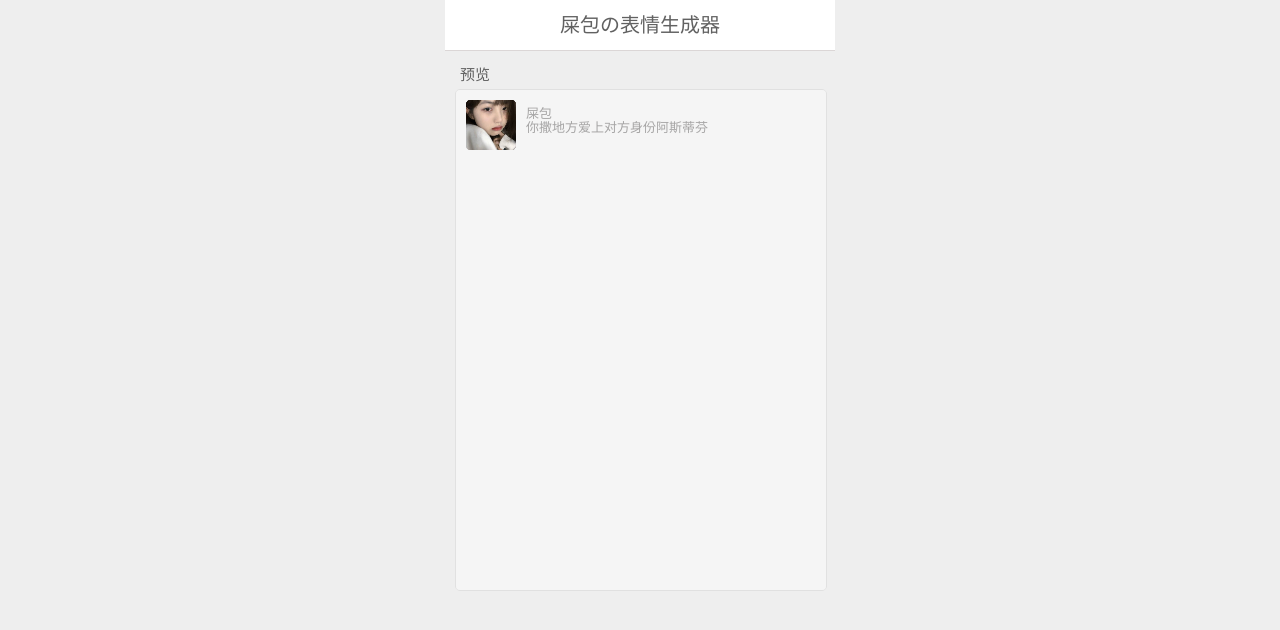
Repository: long-zuyang/shibao
Page: /
These files come from the project's save history. The page is drawn as it stood at one moment and after the next save; the edit follows.
The browser window is 1280 px wide. The pictures show the whole page.
The project was rebuilt for these pictures with package versions that can differ from the ones it lists, and the page was loaded fresh each time. Also part of the build but not shown: vite.config.ts.

Above is the page before, as saved 2023-06-30 04:46:11.

### src/main.tsx
import React from 'react';
import ReactDOM from 'react-dom/client';
import 'normalize.css';
import App from './App.tsx';

ReactDOM.createRoot(document.getElementById('root') as HTMLElement).render(
  <React.StrictMode>
    <App />
  </React.StrictMode>
);

### src/App.tsx
// import { useState } from 'react';
import { Flex, Image } from 'react-vant';
import React from 'react';
import './App.less';

import CanvasDrow from './components/CanvasDraw';

// function App() {
//   // const [count, setCount] = useState(0);
//   // console.log(document.getElementById('cvs'));

// }

class App extends React.Component {
  state = {};

  componentDidMount() {
    // console.log(document.getElementById('cvs'));
  }

  render() {
    console.log('渲染');

    return (
      <div className="main">
        <div className="top">
          <div className="name">屎包の表情生成器</div>
        </div>
        <div className="container">
          <span className="tips">预览</span>
          <CanvasDrow />
        </div>
      </div>
    );
  }
}

export default App;

### src/App.less
html,
body {
  background-color: #eee;
  .main {
    width: 390px;
    margin: 0 auto;
    .top {
      height: 50px;
      position: relative;
      border-bottom: 1px solid rgb(219, 214, 214);
      background-color: #fff;
      .name {
        color: #616161;
        font-size: 20px;
        text-align: center;
        position: absolute;
        top: calc(50% - 11px);

        width: 100%;
        font-family: 微软雅黑;
      }
    }
    .container {
      margin-top: 15px;
      padding: 0 10px;
      .tips {
        font-size: 15px;
        margin: 0px 5px;
        color: #616161;
        font-family: 微软雅黑;
      }
      canvas {
        margin-top: 5px;
        height: 500px;
        width: 370px;
        border: 1px solid rgba(223, 223, 223, 0.9);
        border-radius: 5px;
      }
    }
  }
}

### src/components/CanvasDraw.tsx
import { useRef, useEffect, useState } from 'react';
import BaseImg from '../assets/base.jpg';
import JieGe from '../assets/jiege.png';

function CanvasDraw() {
  const canvasRef = useRef<HTMLCanvasElement>(null);
  const [nickNameWidth, setNickNameWidth] = useState(0);
  const [nickNameHeight, setNickNameHeight] = useState(0);

  /**
   * 初始化 Canvas
   * @param canvas Canvas DOM对象
   * @param context Canvas Context 上下文对象
   */
  function initCanvas(
    canvas: HTMLCanvasElement,
    context: CanvasRenderingContext2D | null
  ) {
    if (!context) {
      return;
    }

    // 获取Canvas的宽高
    const canvasWidth = canvas.clientWidth;
    const canvasHeight = canvas.clientHeight;

    // 缩放Canvas提升分辨率
    const dpr = window.devicePixelRatio || 1;
    canvas.width = canvasWidth * dpr;
    canvas.height = canvasHeight * dpr;
    context.scale(dpr, dpr);

    // 设置背景颜色为灰色
    context.fillStyle = '#f5f5f5';
    context.fillRect(0, 0, canvas.width, canvas.height);
    context.save();

    console.log('Cavas init.');
  }

  /**
   * 渲染圆角头像
   * @param context Canvas Context上下文
   * @param imgPath 头像地址
   */
  function drawRadiusProfilePicture(
    context: CanvasRenderingContext2D | null,
    imgPath: string
  ) {
    if (!context) {
      return;
    }
    // 创建头像图片
    const picture = new Image();
    picture.src = imgPath;

    // 图片加载完成后绘制圆角图片
    picture.onload = () => {
      const x = 10;
      const y = 10;
      const width = 50;
      const height = 50;
      const radius = 5;

      // 开始新的绘图路径
      context.beginPath();
      context.moveTo(x + radius, y);
      context.lineTo(x + width - radius, y);
      context.quadraticCurveTo(x + width, y, x + width, y + radius);
      context.lineTo(x + width, y + height - radius);
      context.quadraticCurveTo(
        x + width,
        y + height,
        x + width - radius,
        y + height
      );
      context.lineTo(x + radius, y + height);
      context.quadraticCurveTo(x, y + height, x, y + height - radius);
      context.lineTo(x, y + radius);
      context.quadraticCurveTo(x, y, x + radius, y);

      // context.stroke(); // 显示线条

      context.closePath();
      context.clip();
      context.drawImage(
        picture,
        0,
        0,
        picture.width,
        picture.height,
        x,
        y,
        width,
        height
      );

      context.restore();

      console.log('Draw Radius Profile Picture.');
    };
  }

  /**
   * 渲染昵称
   * @param context Canvas Context上下文
   * @param nickName 昵称
   */
  function drawNickName(
    context: CanvasRenderingContext2D,
    nickName: string
  ): number {
    if (!context) {
      return 0;
    }
    context.font = '13px 微软雅黑';
    // 设置文本基线位置
    context.textBaseline = 'top';
    context.fillStyle = '#a6a5a5';

    // 绘制文本
    context.fillText(nickName, 70, 18);
    context.save();

    console.log('Draw NickName');

    const _textWidth = context.measureText(nickName).width;
    const _textHeight =
      context.measureText(nickName).actualBoundingBoxAscent +
      context.measureText(nickName).actualBoundingBoxDescent;

    setNickNameWidth(_textWidth);
    setNickNameHeight(_textHeight);
    // 返回渲染文本的宽度
    return _textWidth;
  }

  /**
   * 渲染表情包
   * @param context Canvas Context上下文
   * @param imgPath 头像地址
   */
  function drawMeme(context: CanvasRenderingContext2D, imgPath: string) {
    if (!context) {
      return;
    }

    // 计算剩下最大的渲染距离
    const _imgStartX = 10 + 50 + 10;
    const _imgStartY = 10 + nickNameHeight + 10;

    // 渲染
    context.textBaseline = 'top';

    context.fillText('你撒地方爱上对方身份阿斯蒂芬', _imgStartX, _imgStartY);

    console.log(_imgStartX, _imgStartY);
  }

  useEffect(() => {
    const canvas = canvasRef.current;
    if (!canvas) {
      return;
    }
    const ctx = canvas.getContext('2d');
    if (!ctx) {
      return;
    }

    // 初始化 Canvas
    initCanvas(canvas, ctx);

    // 渲染圆角头像
    drawRadiusProfilePicture(ctx, BaseImg);

    // 渲染昵称
    drawNickName(ctx, '屎包');
    // console.log(nickNameWidth, nickNameHeight);

    // 渲染表情图
    drawMeme(ctx, JieGe);
  }, [nickNameWidth, nickNameHeight]);

  return <canvas ref={canvasRef} />;
}

export default CanvasDraw;

Loaded but not shown: index.html (common file)

After the next save:
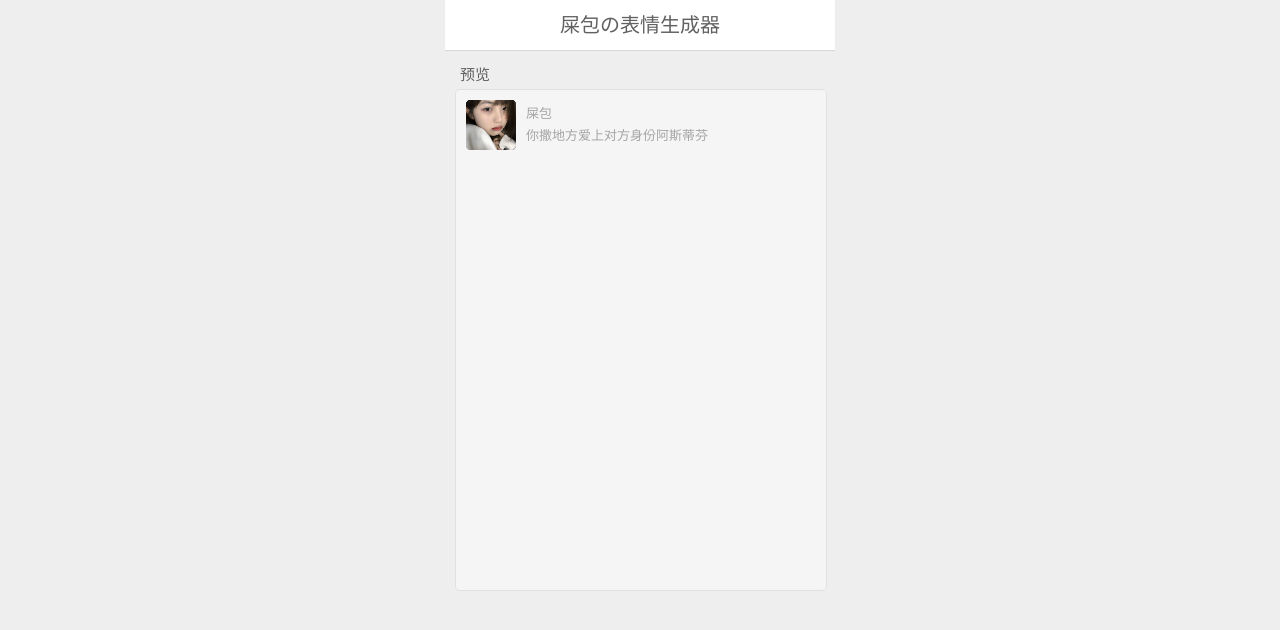
Saved 28 s later.
--- a/src/components/CanvasDraw.tsx
+++ b/src/components/CanvasDraw.tsx
@@ -147,7 +147,7 @@ function CanvasDraw() {
 
     // 计算剩下最大的渲染距离
     const _imgStartX = 10 + 50 + 10;
-    const _imgStartY = 10 + nickNameHeight + 10;
+    const _imgStartY = 18 + nickNameHeight + 10;
 
     // 渲染
     context.textBaseline = 'top';
